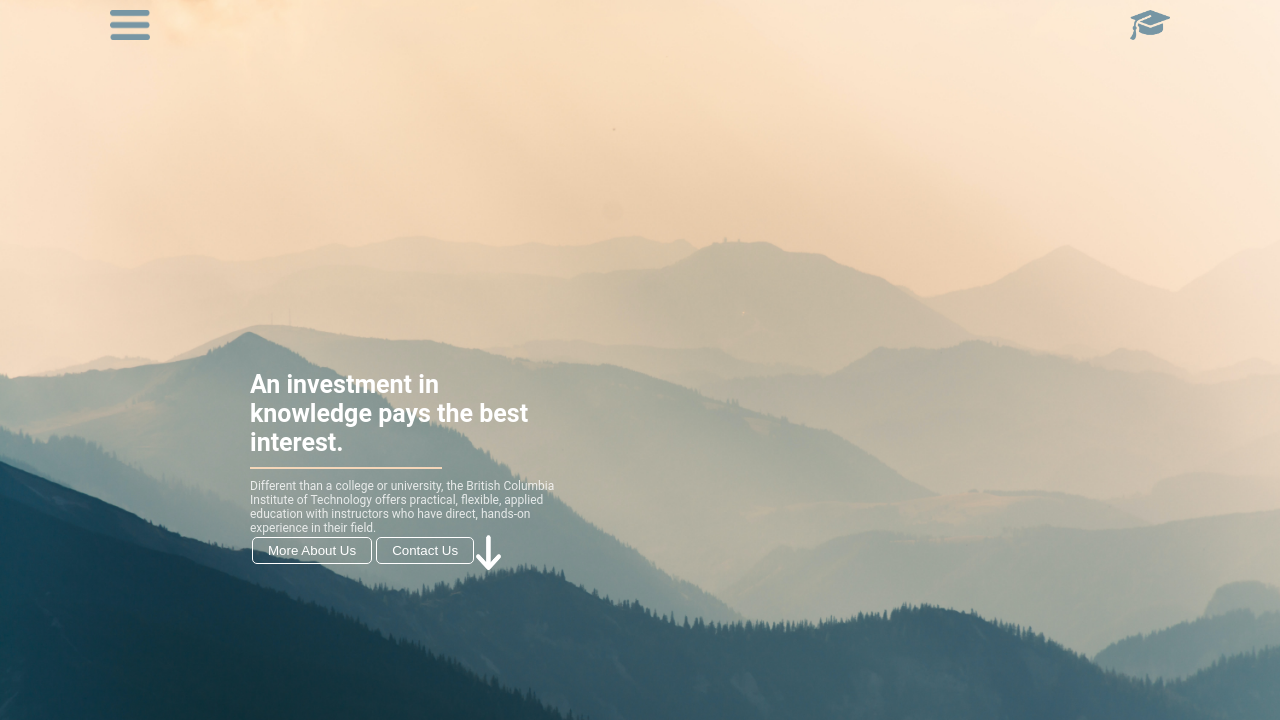
Repository: Sheraliramzan/Aly_A01253508_Assignment1
Page: /
An editor plug-in stored every save of this project. The page is shown before and after a run of saves, followed by the edit.
The browser window is 1280 px wide. The pictures show the whole page.
The project was rebuilt for these pictures with package versions that can differ from the ones it lists, and the page was loaded fresh each time. The framework's server and built-in components were replaced by stand-ins that run in the browser. Also part of the build but not shown: next.config.js.

Above is the page before, as saved 2023-02-05 14:50:59.

After the next 4 saves:
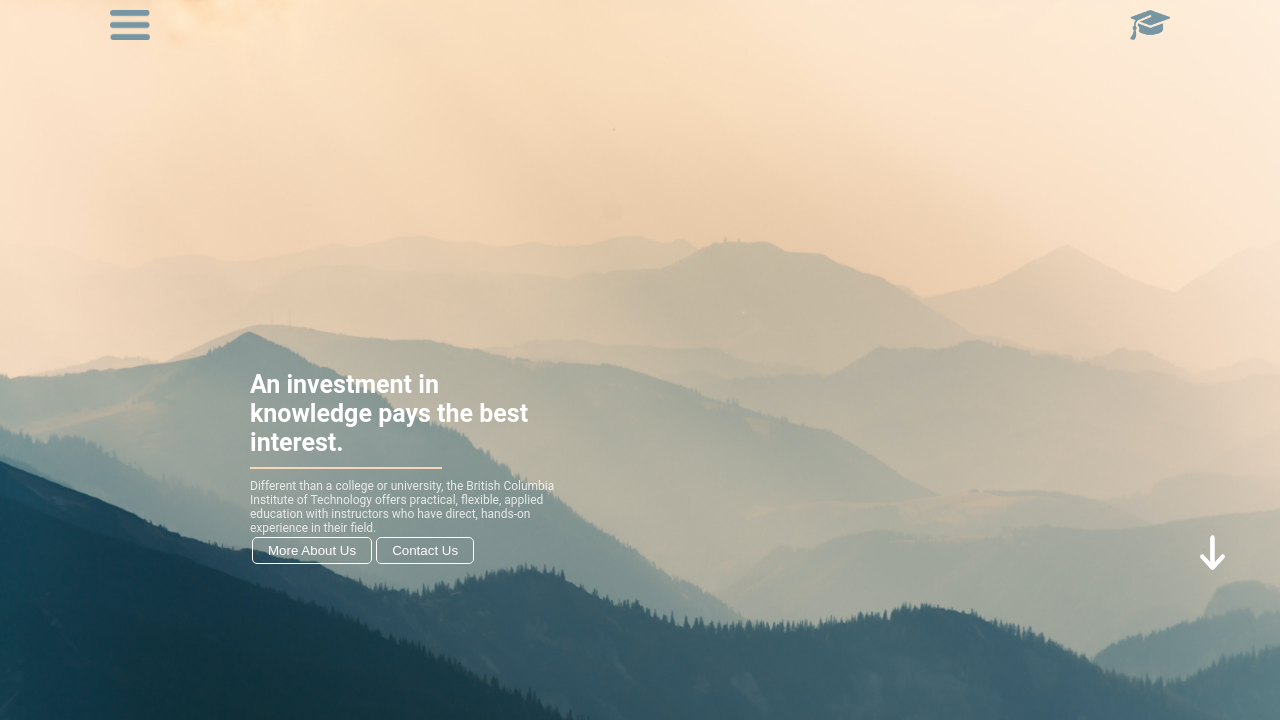
The 4 saves are shown as one change because they came seconds apart.
The last was saved 30 s later.
--- a/styles/globals.css
+++ b/styles/globals.css
@@ -94,7 +94,7 @@ ul > li {
 }
 .downarrow{
   position: fixed;
-
+  left:1200px;
 }
 .uparrow{
   position: fixed;

After the save that followed:
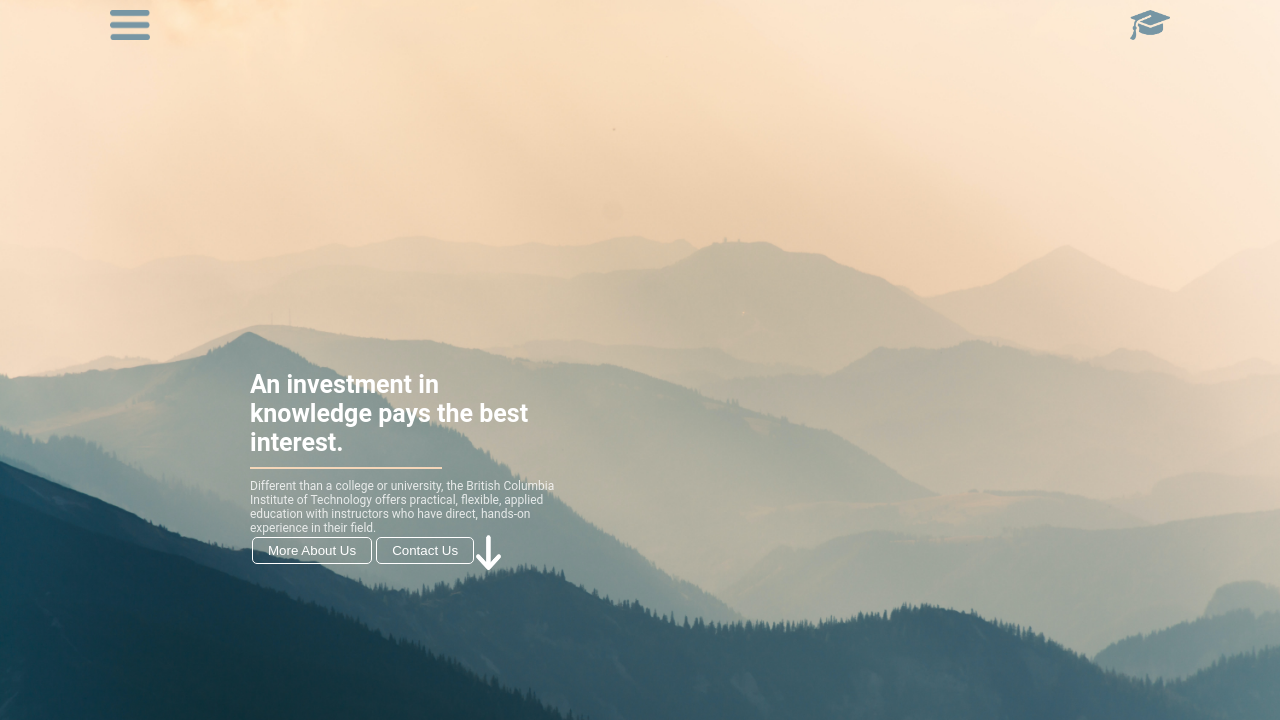
Saved 7 s later.
--- a/styles/globals.css
+++ b/styles/globals.css
@@ -94,7 +94,7 @@ ul > li {
 }
 .downarrow{
   position: fixed;
-  left:1200px;
+
 }
 .uparrow{
   position: fixed;
